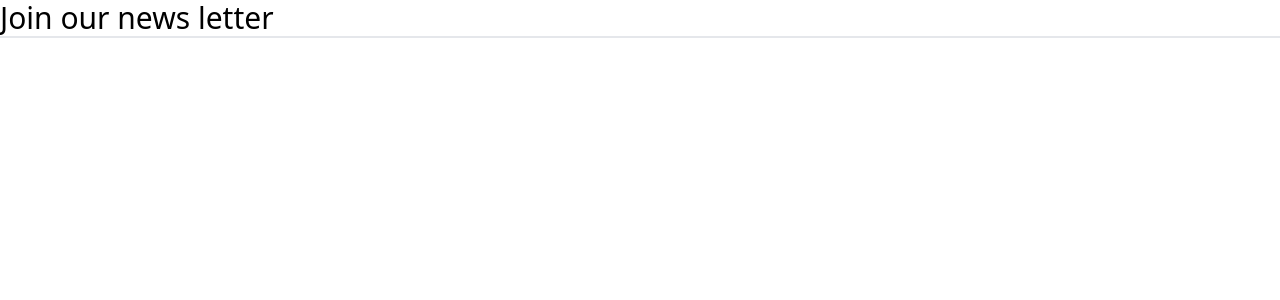
Repository: kenyi-mic/Luka_blog
Page: /footer
The author's editor kept a copy of each file at every save. The page is drawn from the files as they stood at one save, then again after the next save.
The browser window is 1280 px wide. The pictures show the whole page.
The project was rebuilt for these pictures with package versions that can differ from the ones it lists, and the page was loaded fresh each time. The framework's server and built-in components were replaced by stand-ins that run in the browser. Also part of the build but not shown: next.config.js.

Above is the page before, as saved 2022-04-18 14:52:51.

After the next save:
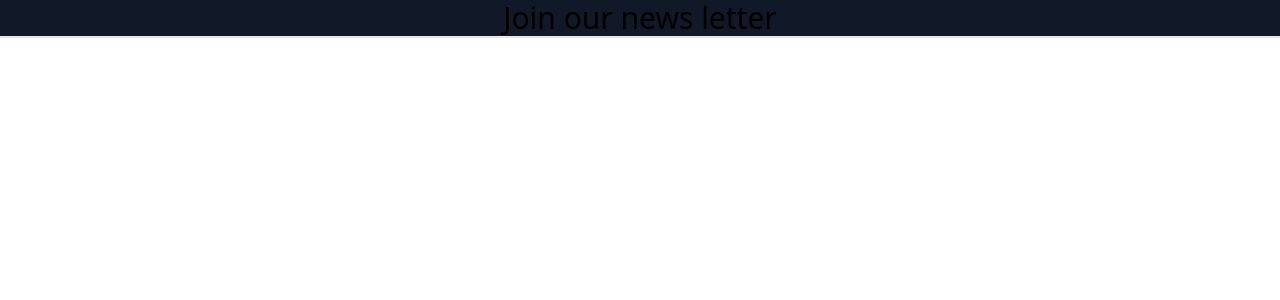
Saved 5 min 16 s later.
--- a/pages/footer.tsx
+++ b/pages/footer.tsx
@@ -2,7 +2,7 @@
 
 function Footer() {
   return (
-    <div>
+    <div className="bg-gray-900 w-full flex flex-col items-center">
         <h1 className="text-3xl text-black">Join our news letter</h1>
         <hr className="w-full border bg-gray-200"/>
     </div>
